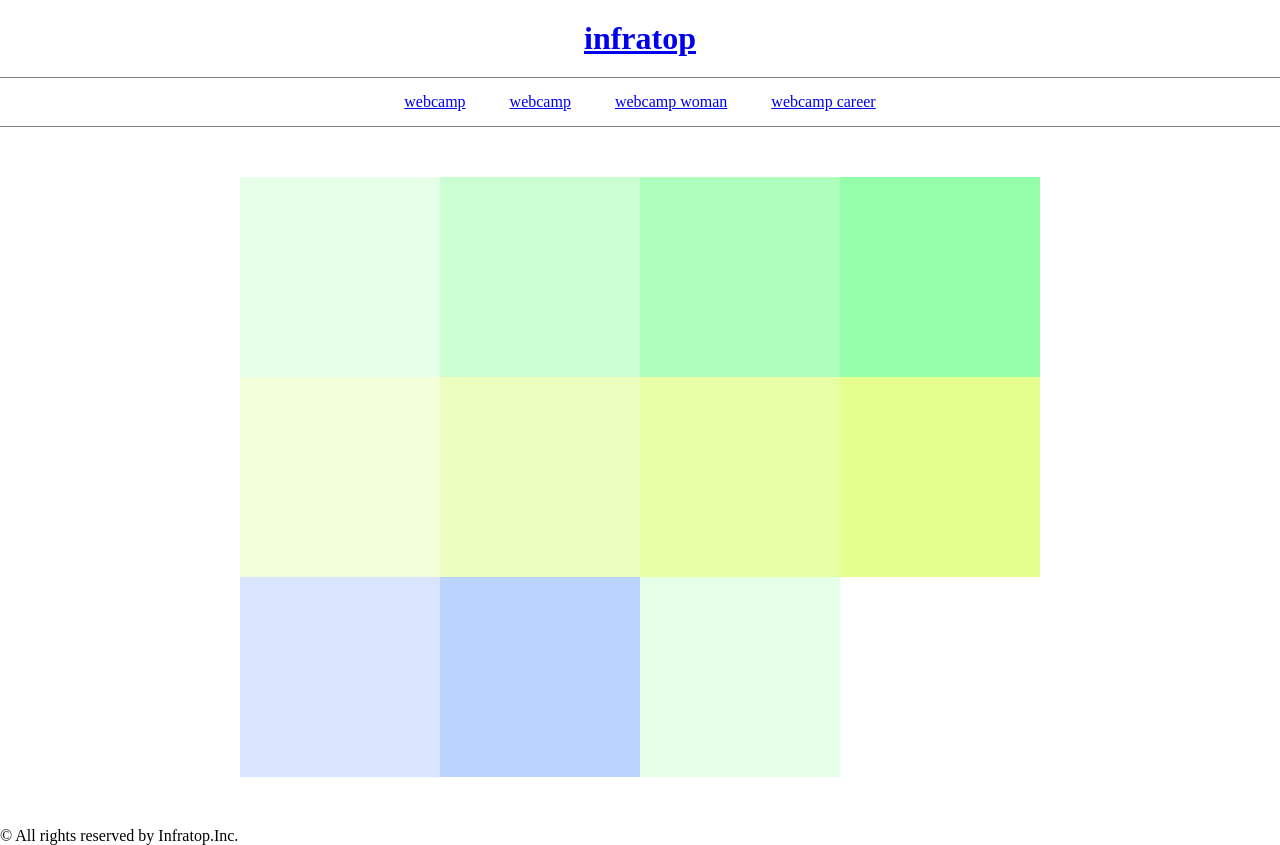
Repository: matuyama/dmm-webcamp
Page: chapter5/chapter5.html
The author's editor kept a record of every edit. The page is drawn from the files as they stood at one moment, then again after the next edit.
The browser window is 1280 px wide. The pictures show the whole page.

Above is the page before.

After the next edit:
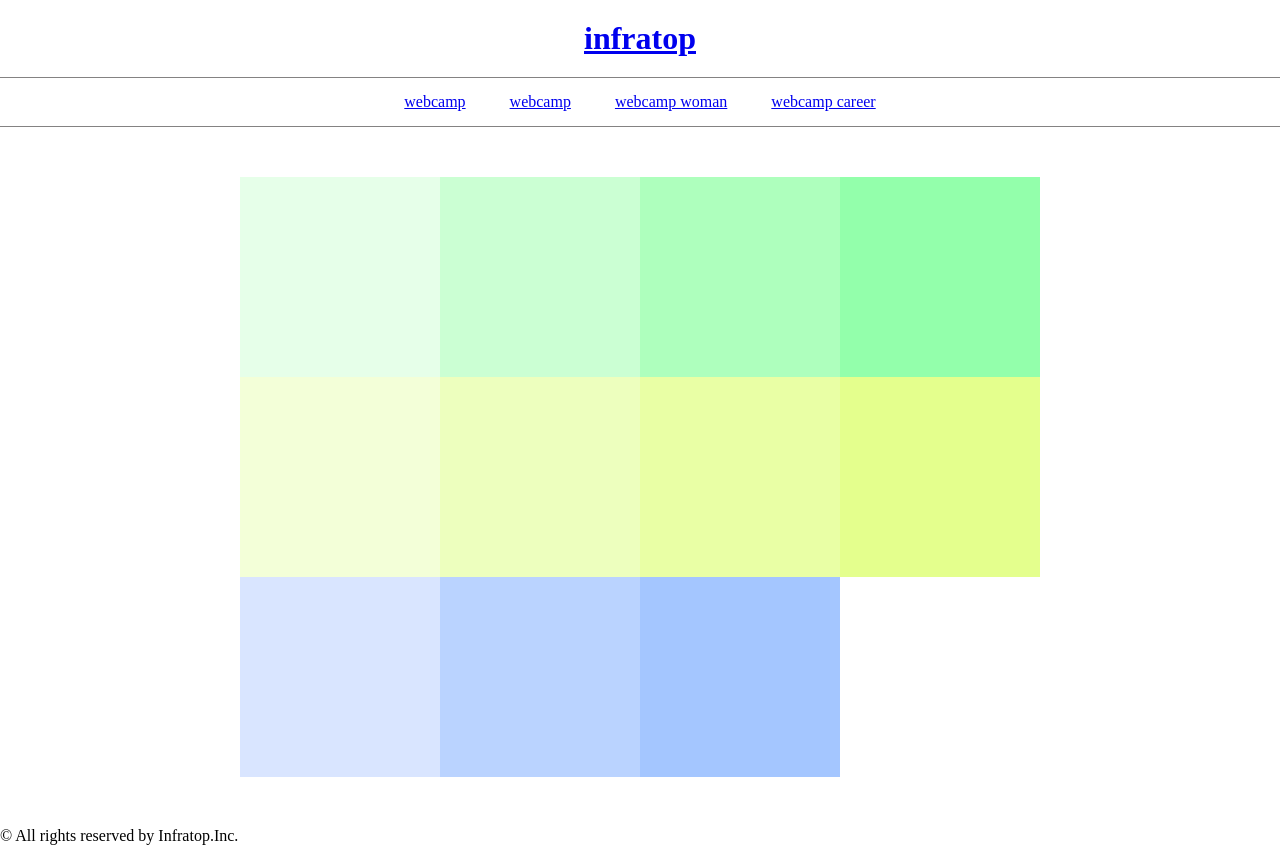
The edit:
--- a/chapter5/chapter5.css
+++ b/chapter5/chapter5.css
@@ -93,7 +93,7 @@
   .box11{
     width: 200px;
     height: 200px;
-    background-color: #e6ffe9;
+    background-color: #a4c6ff;
   }
 
   .box1{
